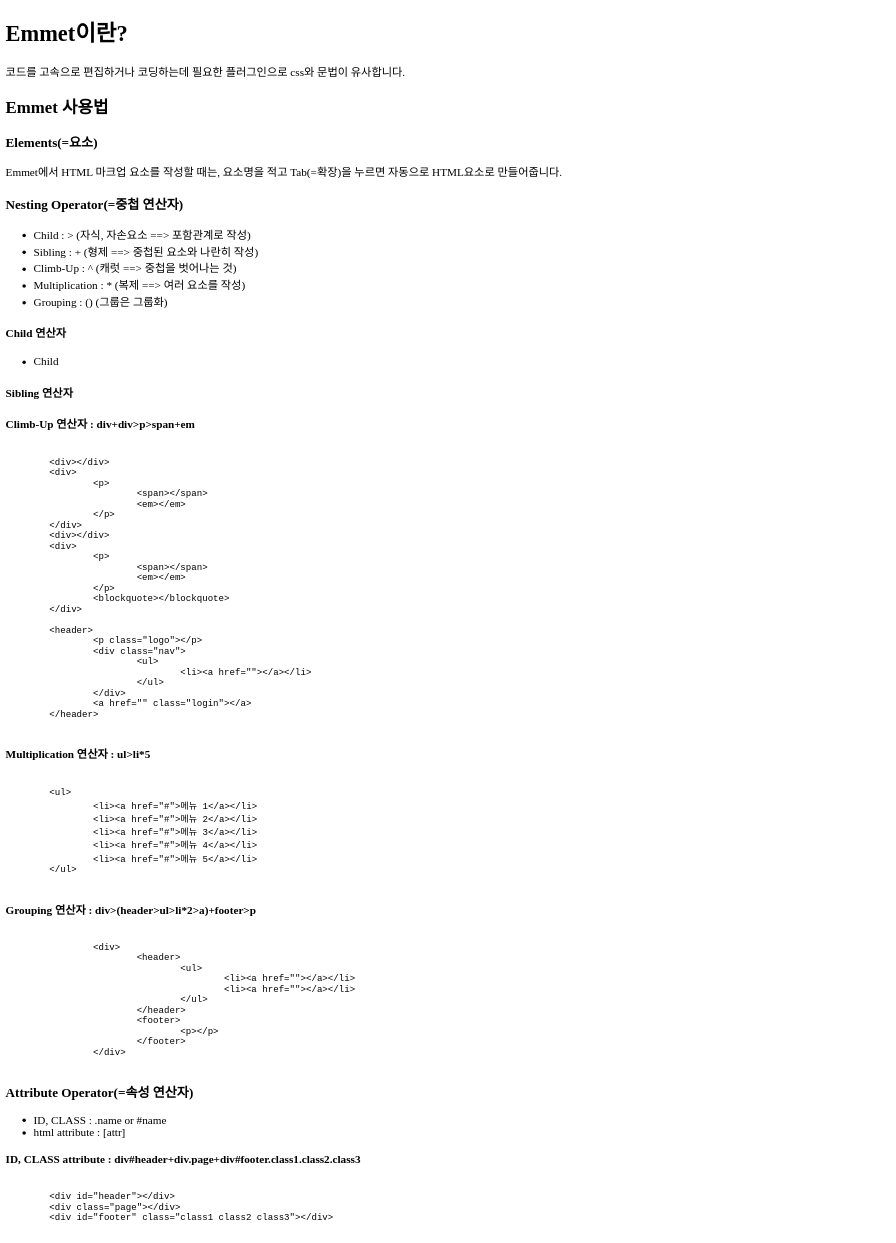
Repository: sbn121/WebUi
Page: Workspace/CloneCoding1/src/main/webapp/emmet-syntax.html
These files come from the project's save history. The page is drawn as it stood at one moment and after the next save; the edit follows.
The browser window is 1280 px wide. The pictures show the whole page, at 70% of full size.

Above is the page before, as saved 2023-05-30 07:34:01.

### Workspace/CloneCoding1/src/main/webapp/emmet-syntax.html
<!DOCTYPE html>
<html>
<head>
<meta charset="UTF-8">
<title>수코딩 클론</title>
<meta name="viewport" content="width=device-width, initial-scale=1.0" />

</head>
<body>
	<!-- https://docs.emmet.io/abbreviations/syntax/ -->
	<h1>Emmet이란?</h1>
	<p>코드를 고속으로 편집하거나 코딩하는데 필요한 플러그인으로 css와 문법이 유사합니다.</p>

	<h2>Emmet 사용법</h2>

	<h3>Elements(=요소)</h3>
	<p>Emmet에서 HTML 마크업 요소를 작성할 때는, 요소명을 적고 Tab(=확장)을 누르면 자동으로 HTML요소로 만들어줍니다.</p>

	<h3>Nesting Operator(=중첩 연산자)</h3>
	<ul>
		<li>Child : > (자식, 자손요소 ==> 포함관계로 작성)</li>
		<li>Sibling : + (형제 ==> 중첩된 요소와 나란히 작성)</li>
		<li>Climb-Up : ^ (캐럿 ==> 중첩을 벗어나는 것)</li>
		<li>Multiplication : * (복제 ==> 여러 요소를 작성)</li>
		<li>Grouping : () (그룹은 그룹화)</li>
	</ul>

	<h4>Child 연산자</h4>
	<div>
		<ul>
			<li>Child</li>
		</ul>
	</div>

	<h4>Sibling 연산자</h4>
	<div></div>
	<p></p>
	<blockquote></blockquote>

	<h4>Climb-Up 연산자 : div+div>p>span+em</h4>
	<xmp>
	<div></div>
	<div>
		<p>
			<span></span>
			<em></em>
		</p>
	</div>
	<div></div>
	<div>
		<p>
			<span></span>
			<em></em>
		</p>
		<blockquote></blockquote>
	</div>

	<header>
		<p class="logo"></p>
		<div class="nav">
			<ul>
				<li><a href=""></a></li>
			</ul>
		</div>
		<a href="" class="login"></a>
	</header>
	</xmp>
	<h4>Multiplication 연산자 : ul>li*5</h4>
	<xmp>
	<ul>
		<li><a href="#">메뉴 1</a></li>
		<li><a href="#">메뉴 2</a></li>
		<li><a href="#">메뉴 3</a></li>
		<li><a href="#">메뉴 4</a></li>
		<li><a href="#">메뉴 5</a></li>
	</ul>
	</xmp>

	<h4>Grouping 연산자 : div>(header>ul>li*2>a)+footer>p</h4>
	<xmp>
		<div>
			<header>
				<ul>
					<li><a href=""></a></li>
					<li><a href=""></a></li>
				</ul>
			</header>
			<footer>
				<p></p>
			</footer>
		</div>
	</xmp>

	<h3>Attribute Operator(=속성 연산자)</h3>
	<ul>
		<li>ID, CLASS : .name or #name</li>
		<li>html attribute : [attr]</li>
	</ul>

	<h4>ID, CLASS attribute : div#header+div.page+div#footer.class1.class2.class3</h4>
	<xmp>
	<div id="header"></div>
	<div class="page"></div>
	<div id="footer" class="class1 class2 class3"></div>
	</xmp>

</body>
</html>

After the next save:
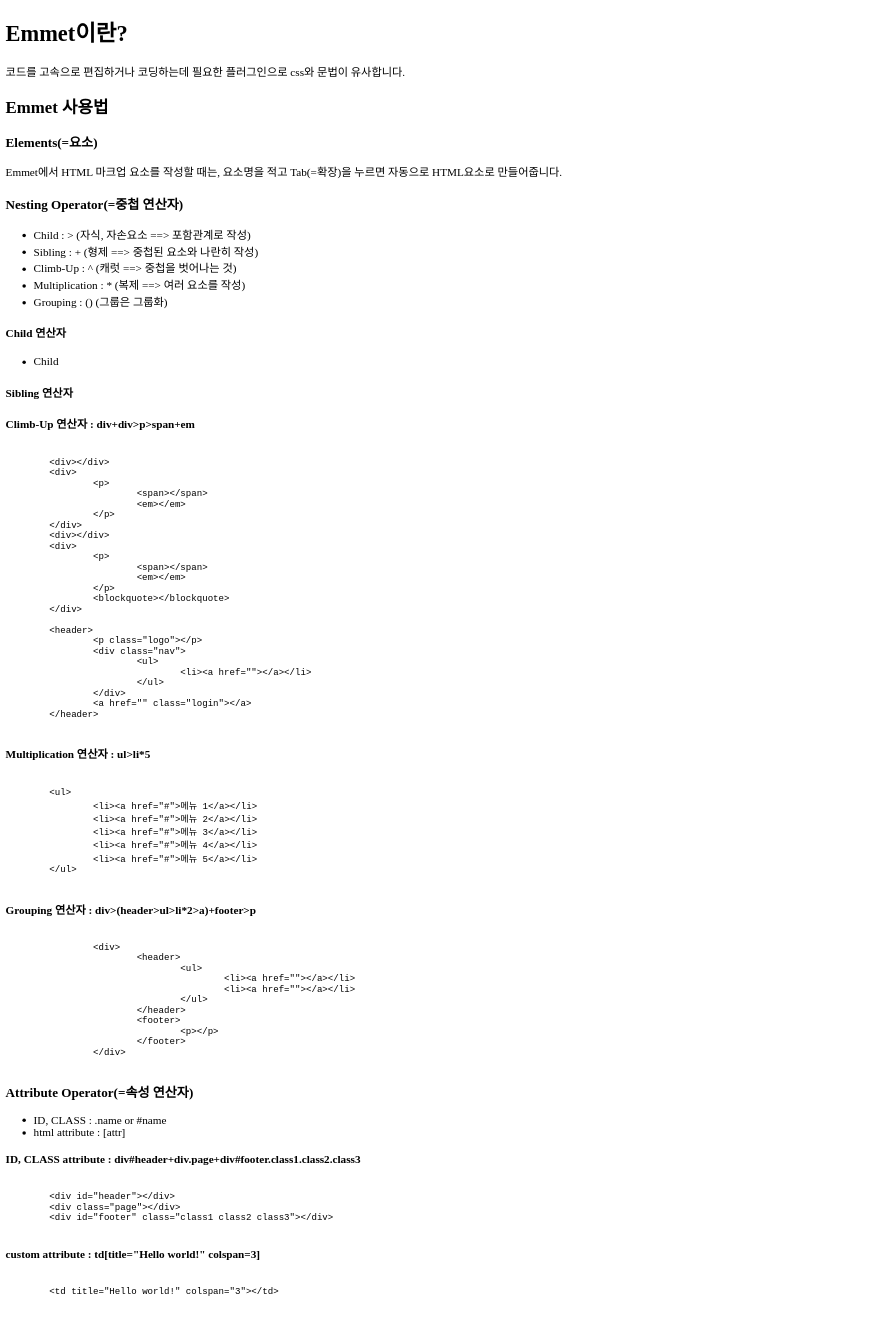
Saved 3 min 11 s later.
--- a/Workspace/CloneCoding1/src/main/webapp/emmet-syntax.html
+++ b/Workspace/CloneCoding1/src/main/webapp/emmet-syntax.html
@@ -104,5 +104,10 @@
 	<div id="footer" class="class1 class2 class3"></div>
 	</xmp>
 
+	<h4>custom attribute : td[title="Hello world!" colspan=3]</h4>
+	<xmp>
+	<td title="Hello world!" colspan="3"></td>
+	</xmp>
+
 </body>
 </html>
